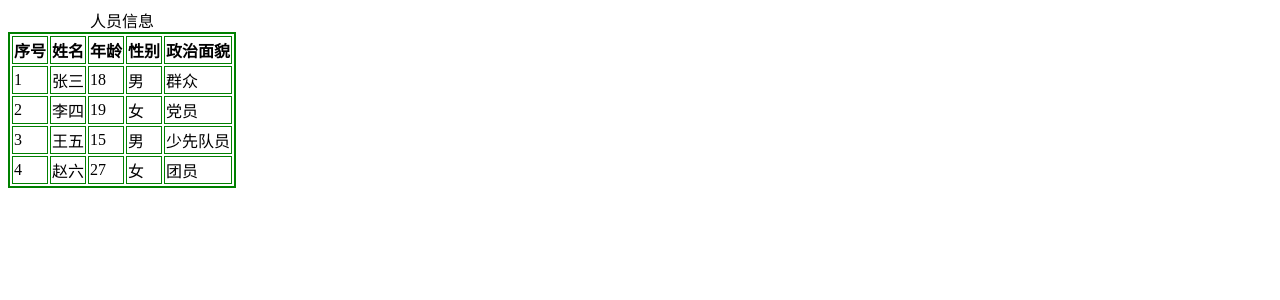
Repository: 123648923/html5-css3
Page: css/12 表格属性/01 边框属性.html
These files come from the project's save history. The page is drawn as it stood at one moment and after the next save; the edit follows.
The browser window is 1280 px wide. The pictures show the whole page.

Above is the page before, as saved 2023-11-06 16:17:14.

### css/12 表格属性/01 边框属性.html
<!DOCTYPE html>
<html lang="zh-CN">

<head>
    <meta charset="UTF-8">
    <title>边框属性</title>
    <style>
        table {
            /* border-width: 2px;
            border-color: green;
            border-style: solid; */
            border: 2px green solid;
        }
        td,th{
            border: 1px green solid;
        }
    </style>
</head>

<body>
    <table>
        <caption>人员信息</caption>
        <thead>
            <tr>
                <th>序号</th>
                <th>姓名</th>
                <th>年龄</th>
                <th>性别</th>
                <th>政治面貌</th>
            </tr>
        </thead>
        <tbody>
            <tr>
                <td>1</td>
                <td>张三</td>
                <td>18</td>
                <td>男</td>
                <td>群众</td>
            </tr>
            <tr>
                <td>2</td>
                <td>李四</td>
                <td>19</td>
                <td>女</td>
                <td>党员</td>
            </tr>
            <tr>
                <td>3</td>
                <td>王五</td>
                <td>15</td>
                <td>男</td>
                <td>少先队员</td>
            </tr>
            <tr>
                <td>4</td>
                <td>赵六</td>
                <td>27</td>
                <td>女</td>
                <td>团员</td>
            </tr>
        </tbody>
    </table>
</body>

</html>

After the next save:
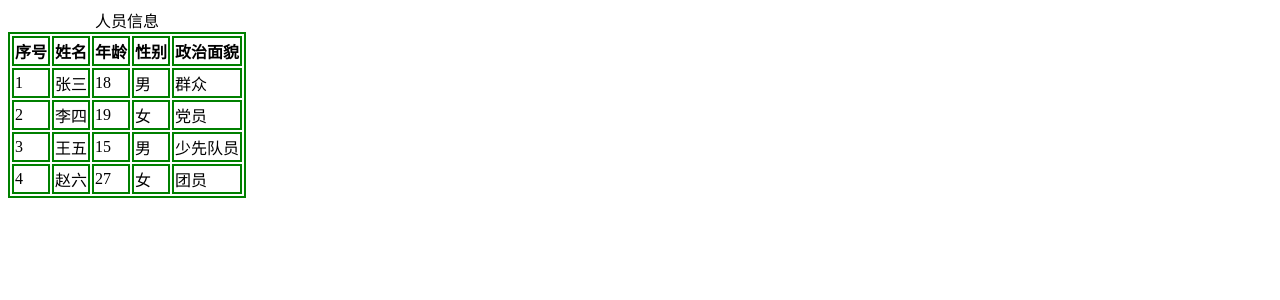
Saved 10 s later.
--- a/css/12 表格属性/01 边框属性.html
+++ b/css/12 表格属性/01 边框属性.html
@@ -12,7 +12,7 @@
             border: 2px green solid;
         }
         td,th{
-            border: 1px green solid;
+            border: 2px green solid;
         }
     </style>
 </head>

After the save that followed:
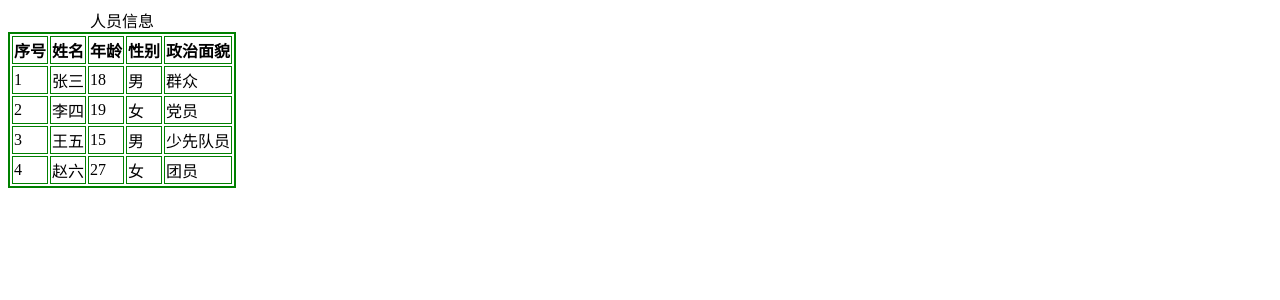
Saved 5 s later.
--- a/css/12 表格属性/01 边框属性.html
+++ b/css/12 表格属性/01 边框属性.html
@@ -12,7 +12,7 @@
             border: 2px green solid;
         }
         td,th{
-            border: 2px green solid;
+            border: 1px green solid;
         }
     </style>
 </head>
